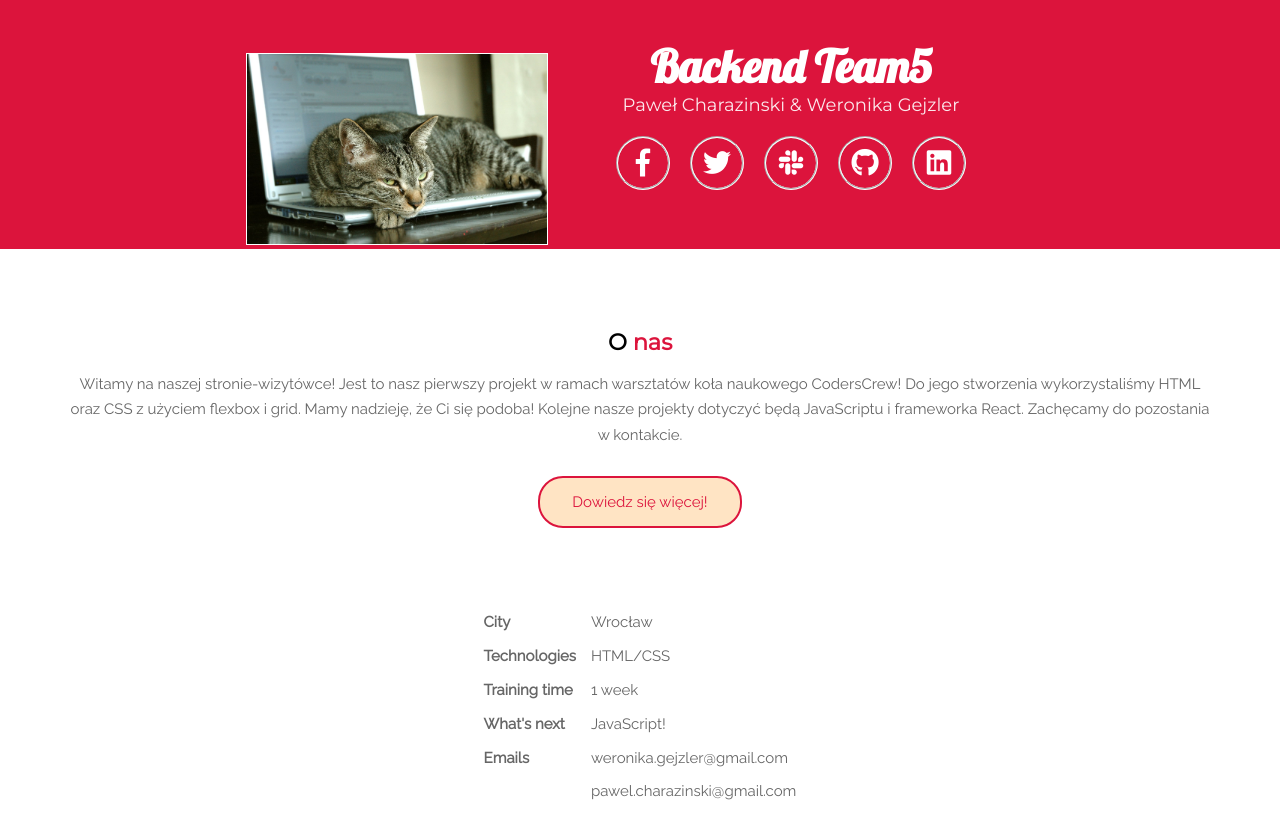
Repository: pietruszka/cc_proj1
Page: index.html
An editor plug-in stored every save of this project. The page is shown before and after a run of saves, followed by the edit.
The browser window is 1280 px wide. The pictures show the whole page.
The pointer rests on the first visible `#button`.
Some web libraries are served in a nearby version.

Above is the page before, as saved 2018-11-18 20:30:51.

After the next 3 saves:
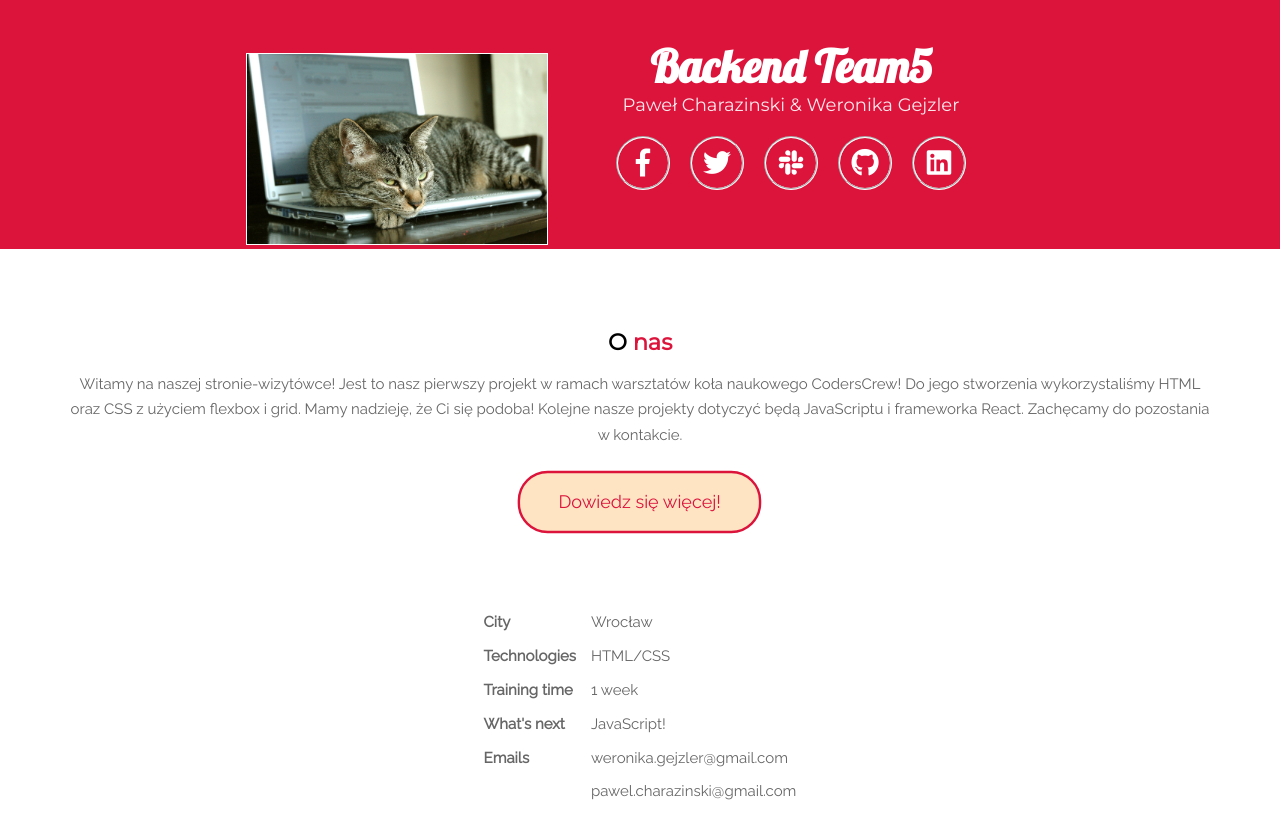
The 3 saves are shown as one change because they came seconds apart.
The last was saved 10 s later.
--- a/style.css
+++ b/style.css
@@ -150,7 +150,7 @@ Line-Height: 1.7em;
 #button:hover {
     cursor: pointer;
     background-color: bisque;
-    transform: sc
+    transform: scale(1.2);
 
 }
 
